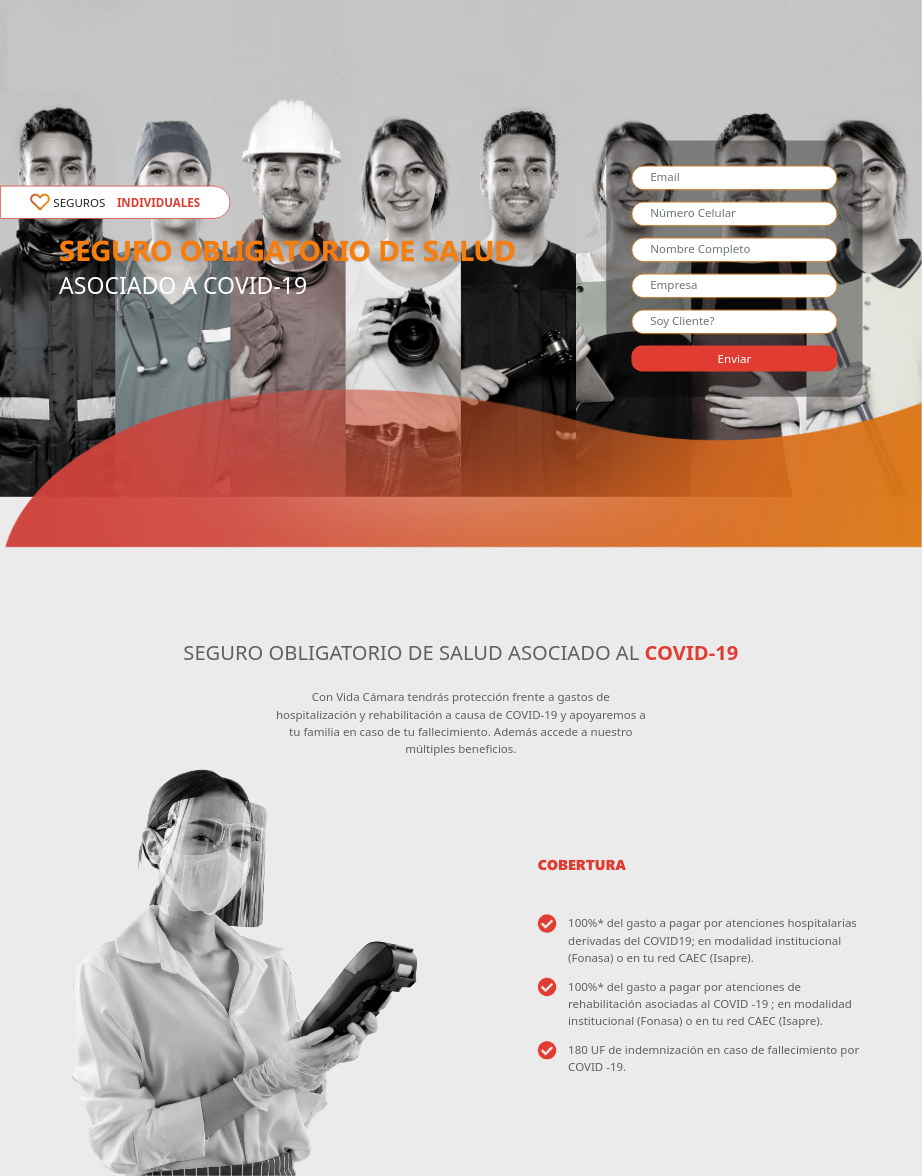
Repository: Darigo30/vidacamara
Page: index.html
These files come from the project's save history. The page is drawn as it stood at one moment and after the next save; the edit follows.
The browser window is 1280 px wide. The pictures show the whole page, at 72% of full size.
Some web fonts or font styles are not loaded; a fallback is used. Some web libraries are served in a nearby version.

Above is the page before, as saved 2021-07-29 18:25:25.
Not found: assets/js/custom.js

After the next save:
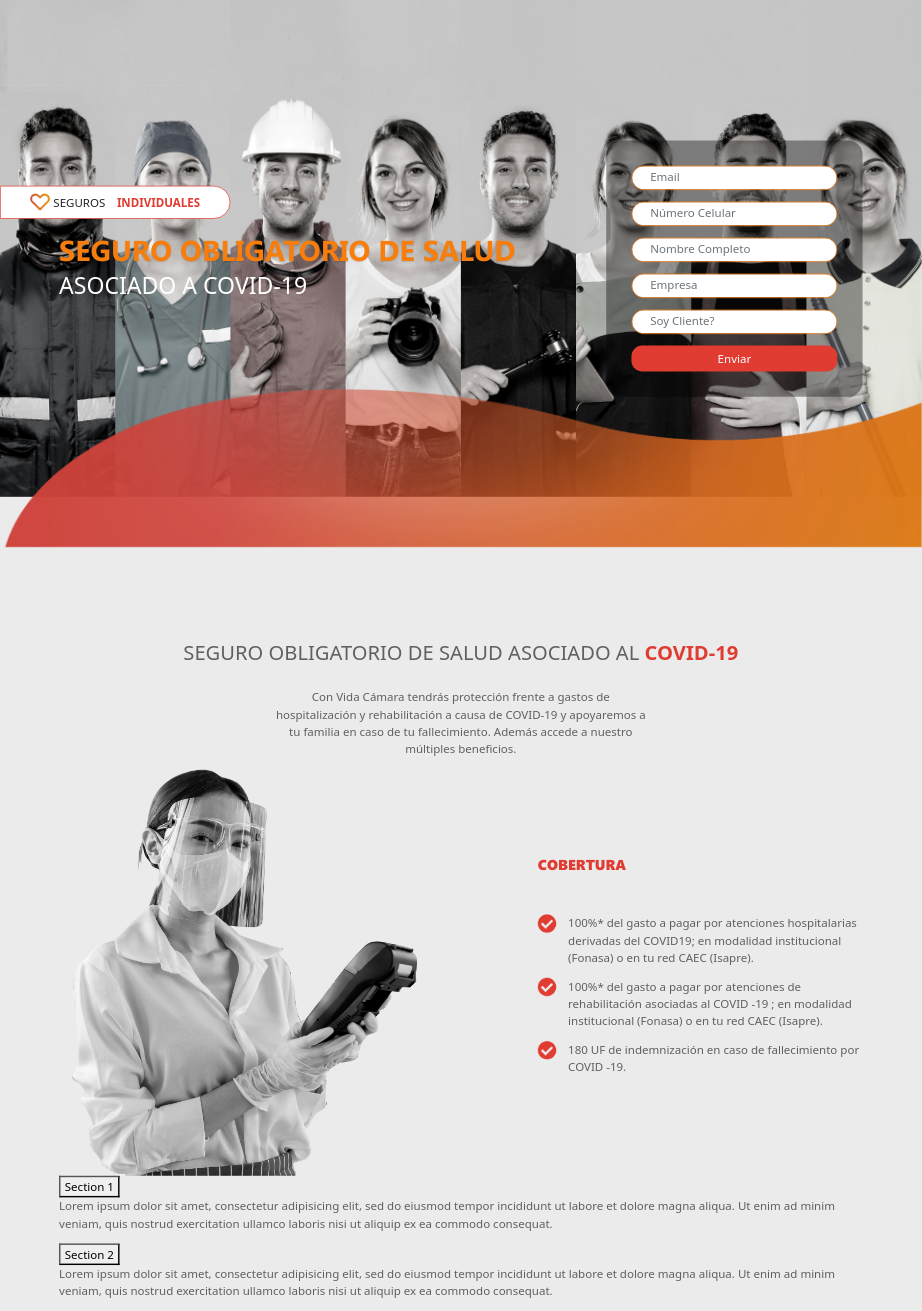
Saved 2 min 42 s later.
--- a/index.html
+++ b/index.html
@@ -88,6 +88,23 @@
                 </div>
             </div>
         </section>
+        <section>
+            <div class="container">
+                <div class="row">
+                    <div class="col-12">
+                        <button class="accordion">Section 1</button>
+                        <div class="panel">
+                            <p>Lorem ipsum dolor sit amet, consectetur adipisicing elit, sed do eiusmod tempor incididunt ut labore et dolore magna aliqua. Ut enim ad minim veniam, quis nostrud exercitation ullamco laboris nisi ut aliquip ex ea commodo consequat.</p>
+                        </div>
+
+                        <button class="accordion">Section 2</button>
+                        <div class="panel">
+                            <p>Lorem ipsum dolor sit amet, consectetur adipisicing elit, sed do eiusmod tempor incididunt ut labore et dolore magna aliqua. Ut enim ad minim veniam, quis nostrud exercitation ullamco laboris nisi ut aliquip ex ea commodo consequat.</p>
+                        </div>
+                    </div>
+                </div>
+            </div>
+        </section>
     </main>
 
 
